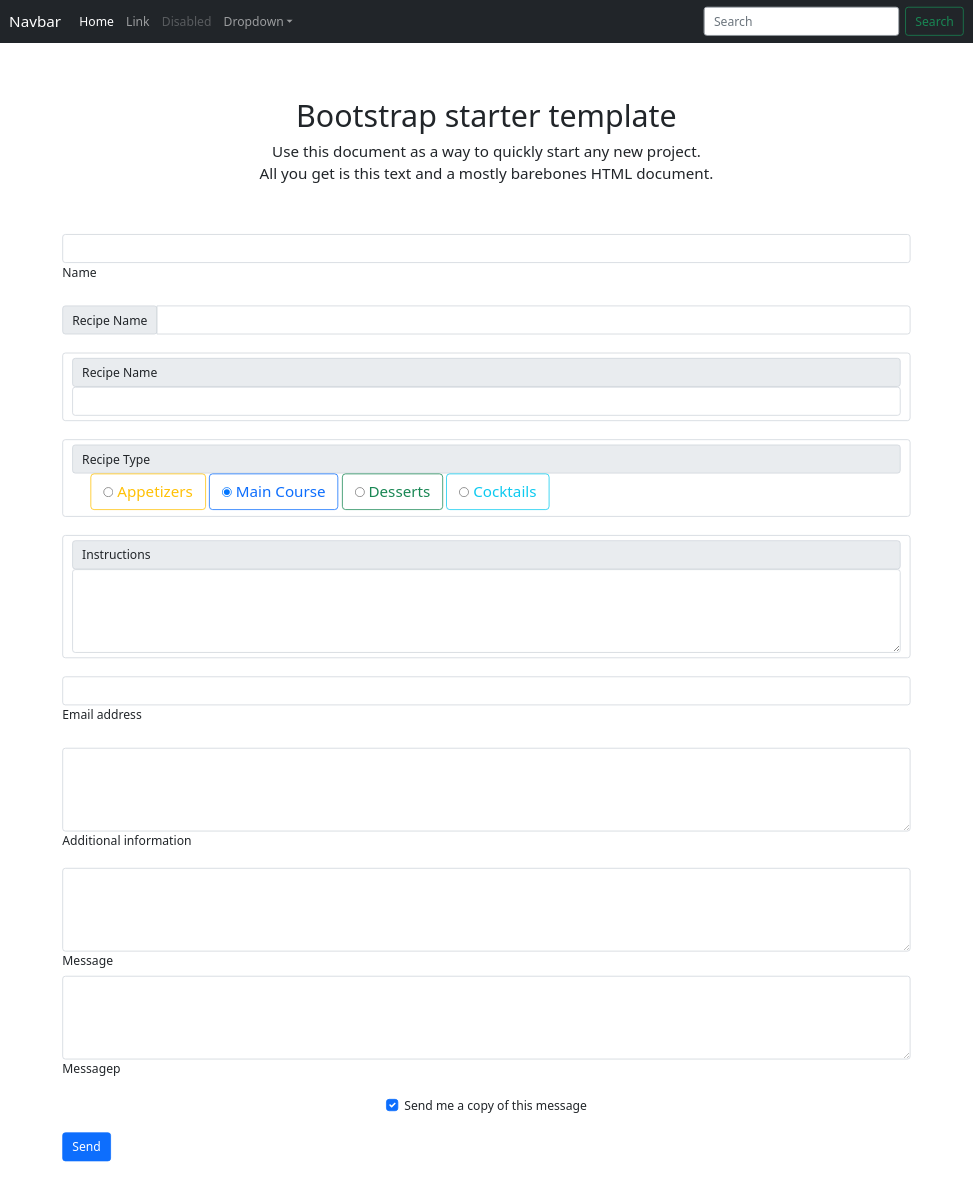
Repository: jerrywthompson/createRecipeWebpageHTML
Page: index.html
These files come from the project's save history. The page is drawn as it stood at one moment and after the next save; the edit follows.
The browser window is 1280 px wide. The pictures show the whole page, at 76% of full size.

Above is the page before, as saved 2021-02-23 22:19:44.

After the next save:
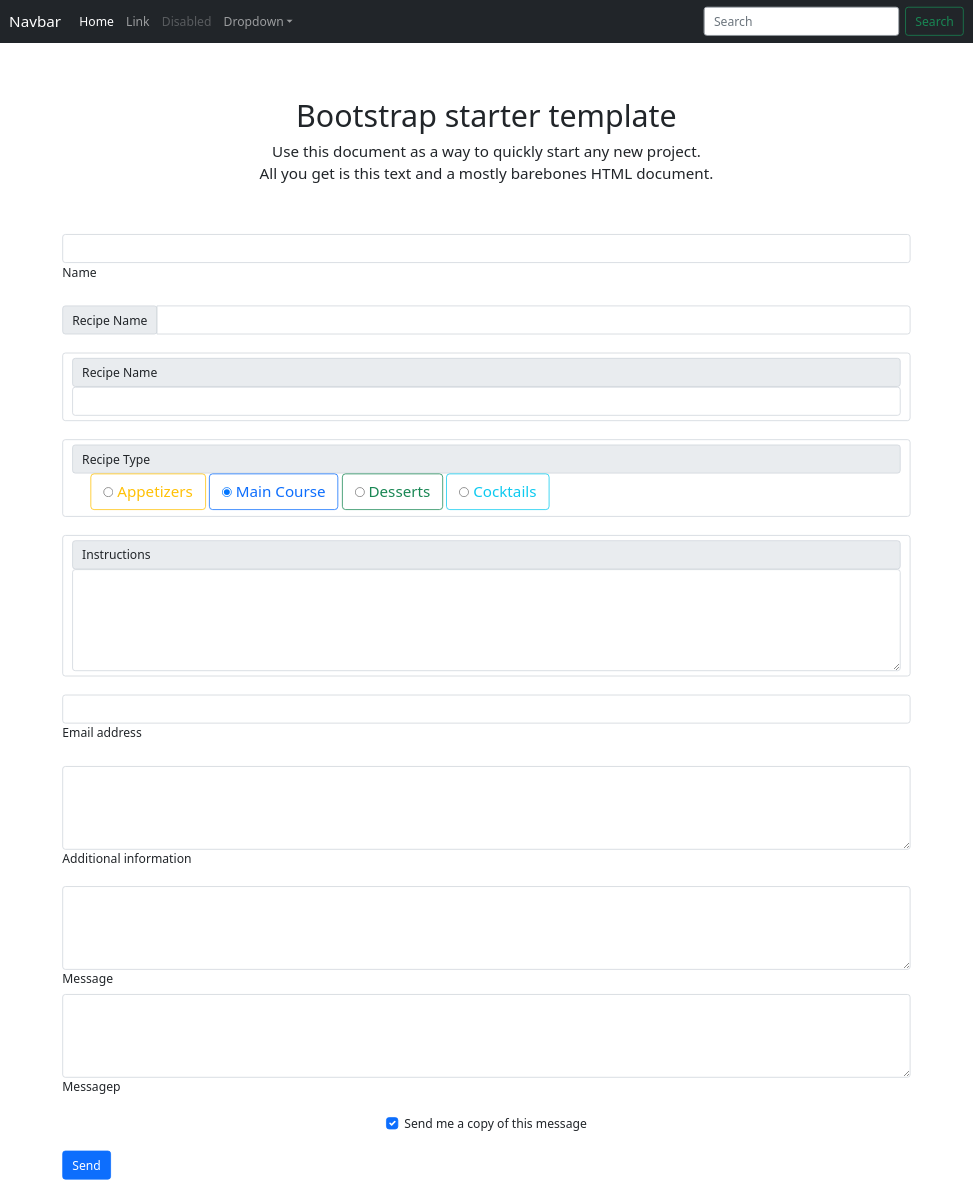
Saved 12 s later.
--- a/index.html
+++ b/index.html
@@ -127,7 +127,7 @@
                             <div class="input-group-prepend">
                                 <span class="input-group-text">Instructions</span>
                             </div>
-                            <textarea class="form-control" name="instrucions" id="instrucions" rows="4"></textarea>
+                            <textarea class="form-control" name="instrucions" id="instrucions" rows="5"></textarea>
                         </div>
 
                         <!-- Email input -->
